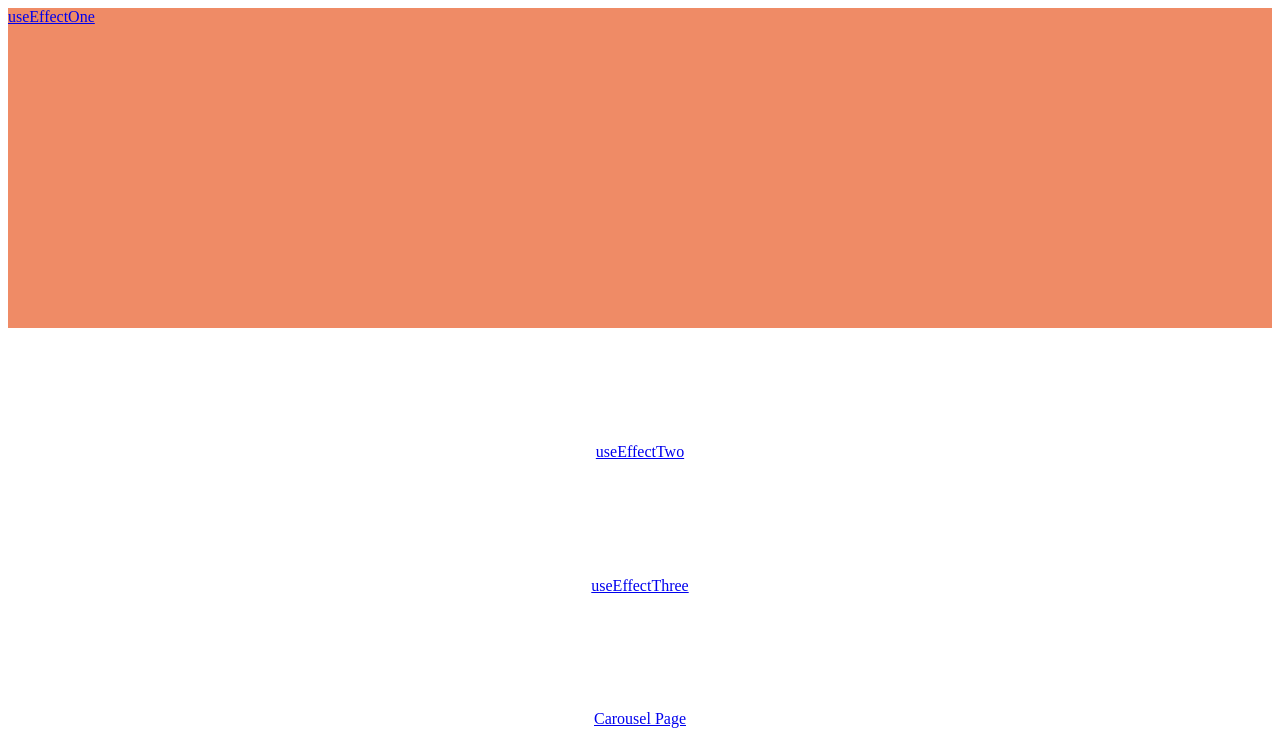
Repository: giovanabirck/class8
Page: /
An editor plug-in stored every save of this project. The page is shown before and after the next save, followed by the edit.
The browser window is 1280 px wide. The pictures show the whole page.
The project was rebuilt for these pictures with package versions that can differ from the ones it lists, and the page was loaded fresh each time. The framework's server and built-in components were replaced by stand-ins that run in the browser. Also part of the build but not shown: next.config.js.

Above is the page before, as saved 2023-02-23 17:45:32.

After the next save:
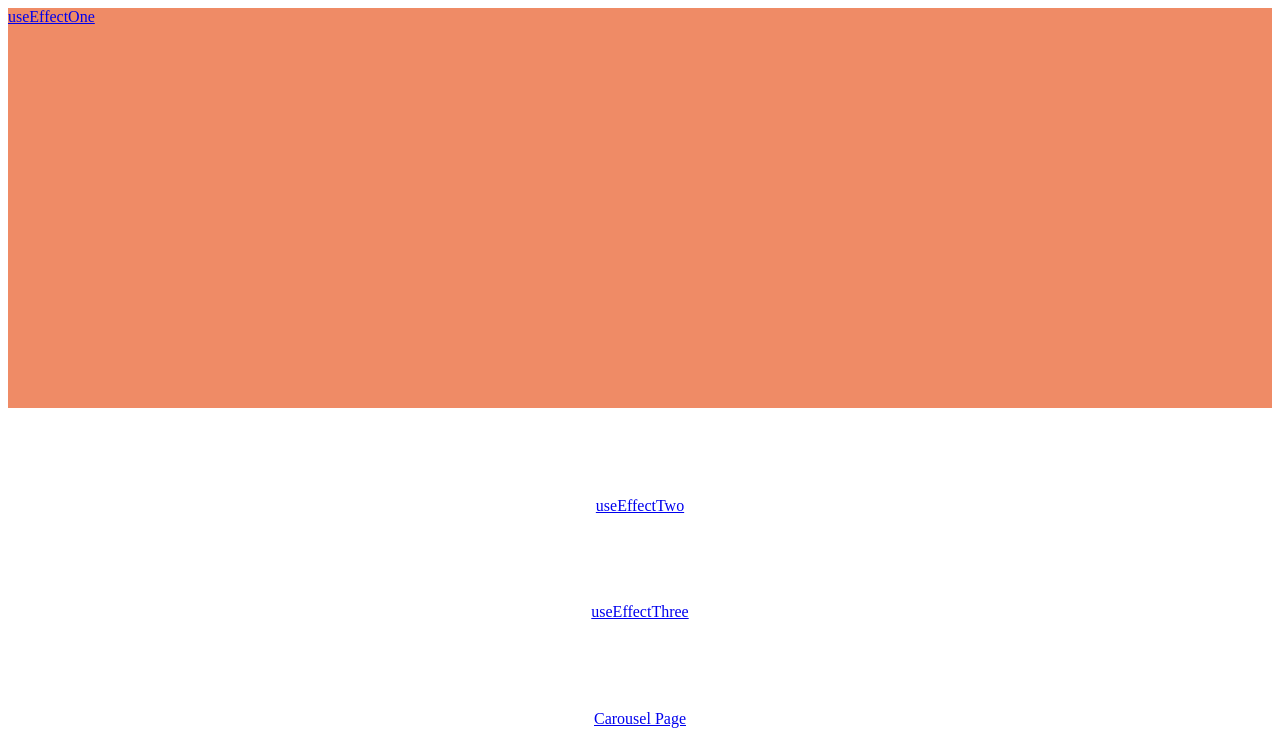
Saved 4 s later.
--- a/styles/Home.module.css
+++ b/styles/Home.module.css
@@ -10,5 +10,5 @@
 .effect_one {
   background-color: var(--orange);
   width: 100%;
-  height: 20rem;
+  height: 25rem;
 }
